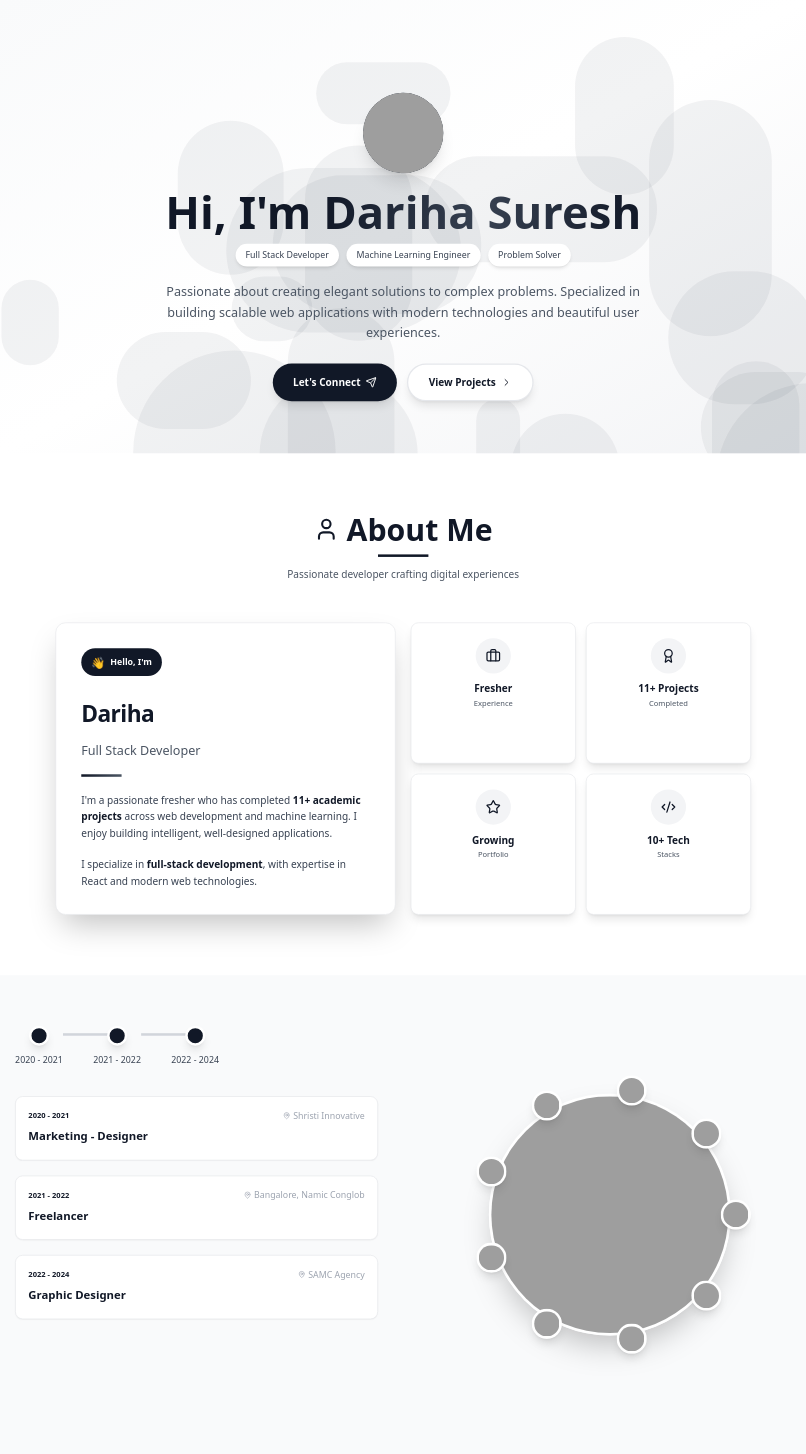
Repository: darihafebi825-collab/react-portfolio
Page: / (app in portapp/)
An editor plug-in stored every save of this project. The page is shown before and after the next save, followed by the edit.
The browser window is 1280 px wide. The pictures show the whole page, at 63% of full size.
Pictures or frames that could not be fetched are drawn as grey boxes. The project was rebuilt for these pictures with package versions that can differ from the ones it lists, and the page was loaded fresh each time.

Above is the page before, as saved 2025-12-24 17:51:52.

### portapp/src/index.js
import React from "react";
import ReactDOM from "react-dom/client";
import App from "./App";
import "./index.css";   // 👈 THIS LINE

const root = ReactDOM.createRoot(document.getElementById("root"));
root.render(
  <React.StrictMode>
    <App />
  </React.StrictMode>
);

### portapp/src/App.js
import React from "react";
import Home from "./Components/Pages/Home";
import Abo from "./Components/Pages/Abo";
import Exp from "./Components/Pages/Exp";
function App() {
  return (
    <div className="App">
      <Home />
 <Abo />
    <Exp />
    </div>
  );
}

export default App;

### portapp/src/Components/Pages/Home.js
import React, { useRef } from "react";
import { motion, useScroll, useTransform } from "framer-motion";
import { Send, ChevronRight } from "lucide-react";




const Home = () => {
  const ref = useRef(null);

  const { scrollYProgress } = useScroll({
    target: ref,
    offset: ["start start", "end start"],
  });

  const y = useTransform(scrollYProgress, [0, 1], [0, 200]);
  const opacity = useTransform(scrollYProgress, [0, 0.5], [1, 0]);

  return (
    <section
      ref={ref}
      id="home"
      className="min-h-screen flex items-center justify-center bg-gradient-to-br from-gray-50 via-white to-gray-100 relative overflow-hidden pt-16"
    >
      <div className="absolute inset-0 bg-grid-pattern opacity-5" />

      {[...Array(20)].map((_, i) => (
        <motion.div
          key={i}
          className="absolute rounded-full bg-gray-900/5"
          style={{
            width: Math.random() * 300 + 50,
            height: Math.random() * 300 + 50,
            left: `${Math.random() * 100}%`,
            top: `${Math.random() * 100}%`,
          }}
          animate={{
            y: [0, Math.random() * 50 - 25],
            x: [0, Math.random() * 50 - 25],
            scale: [1, 1.1, 1],
          }}
          transition={{
            duration: Math.random() * 10 + 10,
            repeat: Infinity,
            repeatType: "reverse",
          }}
        />
      ))}

      <motion.div
        style={{ y, opacity }}
        className="relative z-10 text-center px-6 max-w-5xl mx-auto"
      >
        <motion.div
          initial={{ opacity: 0, scale: 0.9 }}
          animate={{ opacity: 1, scale: 1 }}
          transition={{ duration: 0.8 }}
        >
          <div className="mb-6">
            <div className="w-32 h-32 mx-auto rounded-full overflow-hidden shadow-xl">
 <div className="w-32 h-32 mx-auto bg-gray-800 rounded-full flex items-center justify-center overflow-hidden shadow-xl">
  <img
    src="/Images/dari.png"
    alt="Profile"
    className="w-full h-full object-cover"
  />
</div>






            </div>
          </div>

          <h1 className="text-5xl md:text-7xl font-bold text-gray-900 mb-4">
            Hi, I'm{" "}
            <span className="bg-gradient-to-r from-gray-900 via-gray-700 to-gray-900 bg-clip-text text-transparent">
              Dariha Suresh
            </span>
          </h1>

          <div className="flex flex-wrap justify-center gap-3 mb-6">
            {[
              "Full Stack Developer",
              "Machine Learning Engineer",
              "Problem Solver",
            ].map((role, idx) => (
              <motion.span
                key={idx}
                initial={{ opacity: 0, y: 20 }}
                animate={{ opacity: 1, y: 0 }}
                transition={{ delay: 0.2 + idx * 0.1 }}
                className="px-4 py-2 bg-white shadow-md rounded-full text-sm font-medium text-gray-700"
              >
                {role}
              </motion.span>
            ))}
          </div>

          <motion.p
            initial={{ opacity: 0 }}
            animate={{ opacity: 1 }}
            transition={{ delay: 0.5 }}
            className="text-xl text-gray-600 max-w-3xl mx-auto mb-8 leading-relaxed"
          >
            Passionate about creating elegant solutions to complex problems.
            Specialized in building scalable web applications with modern
            technologies and beautiful user experiences.
          </motion.p>

          <motion.div
            initial={{ opacity: 0, y: 20 }}
            animate={{ opacity: 1, y: 0 }}
            transition={{ delay: 0.7 }}
            className="flex flex-wrap justify-center gap-4"
          >
            <motion.button
              whileHover={{ scale: 1.05 }}
              whileTap={{ scale: 0.95 }}
              onClick={() =>
                document
                  .getElementById("contact")
                  ?.scrollIntoView({ behavior: "smooth" })
              }
              className="px-8 py-4 bg-gray-900 text-white rounded-full font-semibold shadow-lg flex items-center gap-2"
            >
              Let's Connect <Send size={18} />
            </motion.button>

            <motion.button
              whileHover={{ scale: 1.05 }}
              whileTap={{ scale: 0.95 }}
              onClick={() =>
                document
                  .getElementById("projects")
                  ?.scrollIntoView({ behavior: "smooth" })
              }
              className="px-8 py-4 bg-white text-gray-900 rounded-full font-semibold shadow-lg border-2 border-gray-200 flex items-center gap-2"
            >
              View Projects <ChevronRight size={18} />
            </motion.button>
          </motion.div>
        </motion.div>
      </motion.div>
    </section>
  );
};

export default Home;

### portapp/src/Components/Pages/Abo.js
import React from "react";
import { motion } from "framer-motion";
import { User, Briefcase, Award, Star, Code2 } from "lucide-react";

const statsData = [
  { icon: Briefcase, label: "Fresher", desc: "Experience", delay: 0.9 },
  { icon: Award, label: "11+ Projects", desc: "Completed", delay: 1.0 },
  { icon: Star, label: "Growing", desc: "Portfolio", delay: 1.1 },
  { icon: Code2, label: "10+ Tech", desc: "Stacks", delay: 1.2 },
];

const Abo = () => {
  return (
    <section id="about" className="py-24 bg-white relative overflow-hidden">
      <div className="max-w-6xl mx-auto px-6 relative z-10">
        {/* Header */}
        <motion.div
          initial={{ opacity: 0, y: 30 }}
          whileInView={{ opacity: 1, y: 0 }}
          viewport={{ once: true }}
          className="text-center mb-16"
        >
          <h2 className="text-4xl md:text-5xl font-bold text-gray-900 mb-4 flex items-center justify-center gap-3">
            <User size={40} /> About Me
          </h2>
          <div className="w-20 h-1 bg-gray-900 mx-auto mb-4" />
          <p className="text-gray-600 max-w-2xl mx-auto">
            Passionate developer crafting digital experiences
          </p>
        </motion.div>

        {/* Content */}
        <div className="grid grid-cols-1 md:grid-cols-2 gap-6">
          {/* Left card */}
          <motion.div
            initial={{ opacity: 0, x: -100 }}
            whileInView={{ opacity: 1, x: 0 }}
            viewport={{ once: true }}
            transition={{ duration: 0.8 }}
            className="bg-white rounded-2xl p-10 shadow-2xl border border-gray-200 relative overflow-hidden"
          >
            <div className="space-y-6 relative z-10">
              <motion.div
                initial={{ scale: 0 }}
                whileInView={{ scale: 1 }}
                transition={{ delay: 0.3, type: "spring" }}
                className="inline-flex items-center gap-2 px-4 py-2 bg-gray-900 text-white text-sm font-semibold rounded-full mb-4"
              >
                <span className="text-lg">👋</span> Hello, I'm
              </motion.div>

              <motion.h3
                initial={{ opacity: 0, y: 20 }}
                whileInView={{ opacity: 1, y: 0 }}
                transition={{ delay: 0.4 }}
                className="text-4xl font-bold text-gray-900 mb-2 tracking-tight"
              >
                Dariha
              </motion.h3>

              <motion.p
                initial={{ opacity: 0, y: 20 }}
                whileInView={{ opacity: 1, y: 0 }}
                transition={{ delay: 0.5 }}
                className="text-gray-600 text-xl mb-4 font-medium"
              >
                Full Stack Developer
              </motion.p>

              <motion.div
                initial={{ width: 0 }}
                whileInView={{ width: 64 }}
                transition={{ delay: 0.6, duration: 0.5 }}
                className="h-1 bg-gradient-to-r from-gray-900 to-gray-600 mb-6"
              />

              <motion.p
                initial={{ opacity: 0 }}
                whileInView={{ opacity: 1 }}
                transition={{ delay: 0.7 }}
                className="text-gray-700 leading-relaxed text-base"
              >
                I'm a passionate fresher who has completed{" "}
                <span className="font-bold text-gray-900">11+ academic projects</span>{" "}
                across web development and machine learning. I enjoy building intelligent,
                well-designed applications.
              </motion.p>

              <motion.p
                initial={{ opacity: 0 }}
                whileInView={{ opacity: 1 }}
                transition={{ delay: 0.8 }}
                className="text-gray-700 leading-relaxed text-base"
              >
                I specialize in{" "}
                <span className="font-bold text-gray-900">full-stack development</span>, with
                expertise in React and modern web technologies.
              </motion.p>
            </div>
          </motion.div>

          {/* Right stats grid */}
          <motion.div
            initial={{ opacity: 0, x: 100 }}
            whileInView={{ opacity: 1, x: 0 }}
            viewport={{ once: true }}
            transition={{ duration: 0.8, ease: "easeOut", delay: 0.2 }}
            className="grid grid-cols-2 gap-4"
          >
            {statsData.map((stat, idx) => (
              <motion.div
                key={idx}
                initial={{ opacity: 0, scale: 0, rotate: -180 }}
                whileInView={{ opacity: 1, scale: 1, rotate: 0 }}
                viewport={{ once: true }}
                transition={{ delay: stat.delay, type: "spring", stiffness: 200, damping: 15 }}
                whileHover={{
                  scale: 1.05,
                  y: -5,
                  boxShadow: "0 20px 40px -10px rgba(0,0,0,0.3)",
                }}
                className="bg-white p-6 rounded-xl text-center shadow-lg border border-gray-200 relative overflow-hidden group cursor-pointer"
              >
                <div className="relative z-10">
                  <motion.div
                    whileHover={{ rotate: 360 }}
                    transition={{ duration: 0.6 }}
                    className="bg-gray-100 w-14 h-14 rounded-full flex items-center justify-center mx-auto mb-3 group-hover:bg-white transition-colors"
                  >
                    <stat.icon className="text-gray-900" size={24} />
                  </motion.div>
                  <div className="font-bold text-gray-900 text-base mb-1 group-hover:text-white transition-colors">
                    {stat.label}
                  </div>
                  <div className="text-xs text-gray-600 group-hover:text-gray-300 transition-colors">
                    {stat.desc}
                  </div>
                </div>
              </motion.div>
            ))}
          </motion.div>
        </div>
      </div>
    </section>
  );
};

export default Abo;

### portapp/src/Components/Pages/Exp.js
import React from "react";
import { motion } from "framer-motion";
import { MapPin } from "lucide-react";

// Experiences data
const experiences = [
  { period: "2020 - 2021", title: "Marketing - Designer", company: "Shristi Innovative" },
  { period: "2021 - 2022", title: "Freelancer", company: "Bangalore, Namic Conglob" },
  { period: "2022 - 2024", title: "Graphic Designer", company: "SAMC Agency" },
];

// Skills with corresponding icon paths
const skills = [
  { name: "ML", icon: "/Images/ml.png" },
  { name: "DataScience", icon: "/Images/datascience.png" },
  { name: "Django", icon: "/Images/django.png" },
  { name: "Python", icon: "/Images/python.png" },
  { name: "JS", icon: "/Images/js.png" },
  { name: "CSS", icon: "/Images/css.png" },
  { name: "HTML", icon: "/Images/html.png" },
  { name: "Bootstrap", icon: "/Images/bootstrap.png" },
  { name: "SQLite", icon: "/Images/sqlite.png" },
];

const Exp = () => {
  return (
    <section className="min-h-screen bg-gray-50 relative py-20 px-6 overflow-hidden">
      <div className="max-w-7xl mx-auto grid grid-cols-1 lg:grid-cols-2 gap-20 items-start">

        {/* Left Side: Roadmap + Experience Cards */}
        <div className="space-y-12">

          {/* Horizontal Roadmap */}
          <div className="overflow-x-auto">
            <div className="flex items-center gap-12 min-w-max">
              {experiences.map((exp, idx) => (
                <motion.div
                  key={idx}
                  initial={{ opacity: 0, y: 20 }}
                  whileInView={{ opacity: 1, y: 0 }}
                  viewport={{ once: true }}
                  transition={{ delay: idx * 0.2, duration: 0.6 }}
                  className="flex flex-col items-center relative"
                >
                  {/* Circle Marker */}
                  <div className="w-8 h-8 rounded-full bg-gray-900 border-4 border-white shadow-lg"></div>
                  {/* Connector Line */}
                  {idx < experiences.length - 1 && (
                    <div className="absolute top-3 left-full w-24 h-1 bg-gray-300"></div>
                  )}
                  {/* Label */}
                  <span className="mt-3 text-gray-700 font-medium text-sm text-center">
                    {exp.period}
                  </span>
                </motion.div>
              ))}
            </div>
          </div>

          {/* Experience Cards */}
          <div className="space-y-6">
            {experiences.map((exp, idx) => (
              <motion.div
                key={idx}
                initial={{ opacity: 0, x: -50 }}
                whileInView={{ opacity: 1, x: 0 }}
                viewport={{ once: true }}
                whileHover={{ scale: 1.03, boxShadow: "0 15px 25px rgba(0,0,0,0.2)" }}
                transition={{ type: "spring", stiffness: 120, damping: 15 }}
                className="bg-white p-5 rounded-xl border border-gray-200 shadow-sm cursor-pointer"
              >
                <div className="flex justify-between items-center mb-2">
                  <span className="text-xs font-bold text-gray-900">{exp.period}</span>
                  <span className="flex items-center text-gray-400 text-sm gap-1">
                    <MapPin size={12} /> {exp.company}
                  </span>
                </div>
                <h3 className="font-bold text-gray-900 text-lg mb-1">{exp.title}</h3>
              </motion.div>
            ))}
          </div>
        </div>

        {/* Right Side: Big Image + Floating Skill Icons */}
        <div className="relative flex justify-center items-center min-h-[600px]">

          {/* Big Profile Image */}
          <motion.img
            src="/Images/dari.png"
            alt="Profile"
            className="w-96 h-96 rounded-full object-cover border-4 border-white shadow-2xl"
            initial={{ opacity: 0, scale: 0.8 }}
            animate={{ opacity: 1, scale: 1 }}
            transition={{ duration: 0.8 }}
          />

          {/* Floating Skill Icons */}
          {skills.map((skill, idx) => {
            const angle = (idx / skills.length) * 360;
            const radius = 200;
            const radians = (angle * Math.PI) / 180;
            const x = radius * Math.cos(radians);
            const y = radius * Math.sin(radians);
            return (
              <motion.img
                key={idx}
                src={skill.icon}
                alt={skill.name}
                initial={{ scale: 0, opacity: 0 }}
                animate={{ scale: 1, opacity: 1, x, y }}
                transition={{ type: "spring", stiffness: 200, damping: 15, delay: 0.5 + idx * 0.2 }}
                whileHover={{ scale: 1.2, rotate: 10 }}
                className="absolute w-12 h-12 rounded-full shadow-lg cursor-pointer object-cover bg-white p-1"
              />
            );
          })}
        </div>
      </div>
    </section>
  );
};

export default Exp;

Loaded but not shown: portapp/src/index.css (common file); portapp/tailwind.config.js (common file)

After the next save:
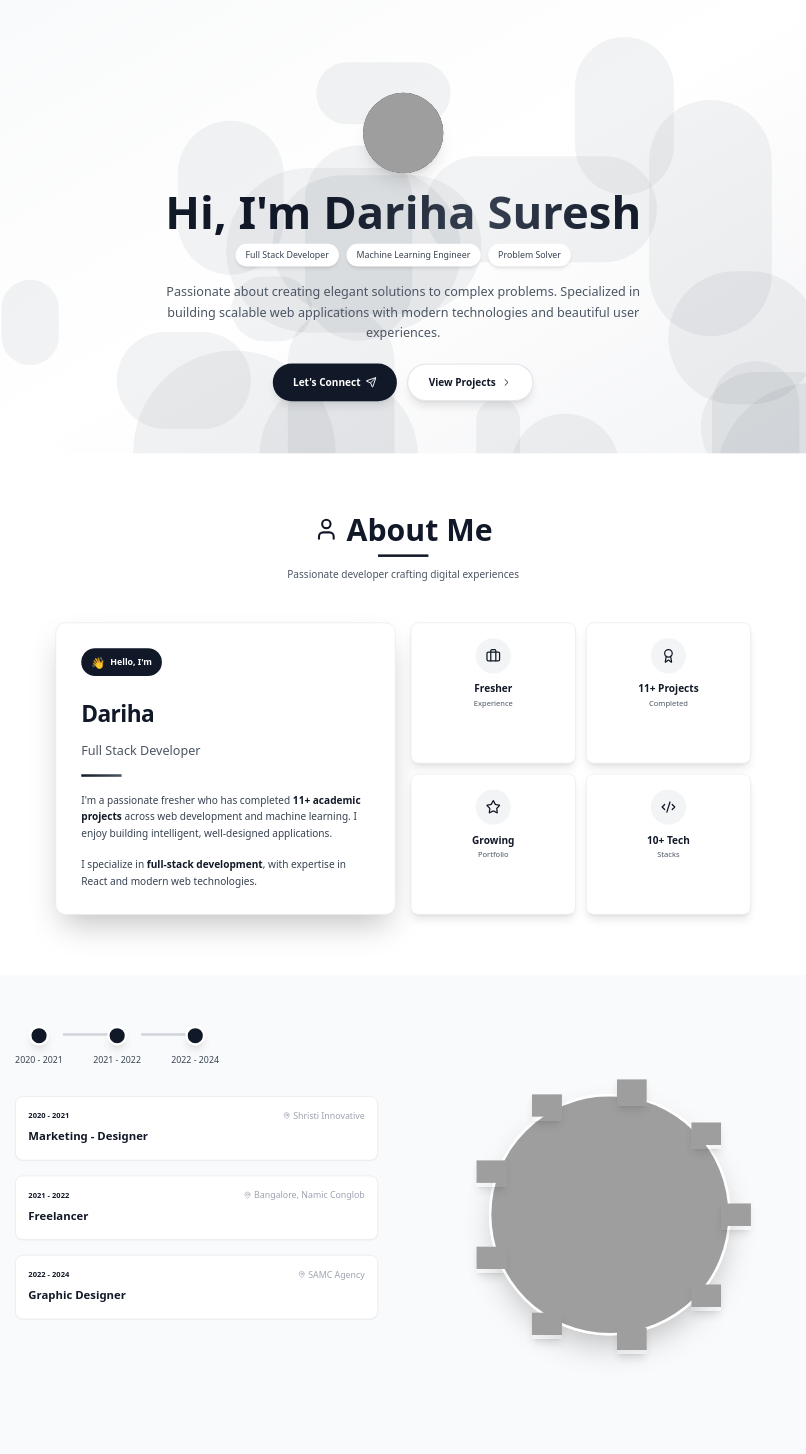
Saved 57 s later.
--- a/portapp/src/Components/Pages/Exp.js
+++ b/portapp/src/Components/Pages/Exp.js
@@ -94,7 +94,7 @@ const Exp = () => {
             transition={{ duration: 0.8 }}
           />
 
-          {/* Floating Skill Icons */}
+          {/* Floating Skill Icons without round bg */}
           {skills.map((skill, idx) => {
             const angle = (idx / skills.length) * 360;
             const radius = 200;
@@ -110,7 +110,7 @@ const Exp = () => {
                 animate={{ scale: 1, opacity: 1, x, y }}
                 transition={{ type: "spring", stiffness: 200, damping: 15, delay: 0.5 + idx * 0.2 }}
                 whileHover={{ scale: 1.2, rotate: 10 }}
-                className="absolute w-12 h-12 rounded-full shadow-lg cursor-pointer object-cover bg-white p-1"
+                className="absolute w-12 h-12 shadow-lg cursor-pointer object-contain"
               />
             );
           })}
